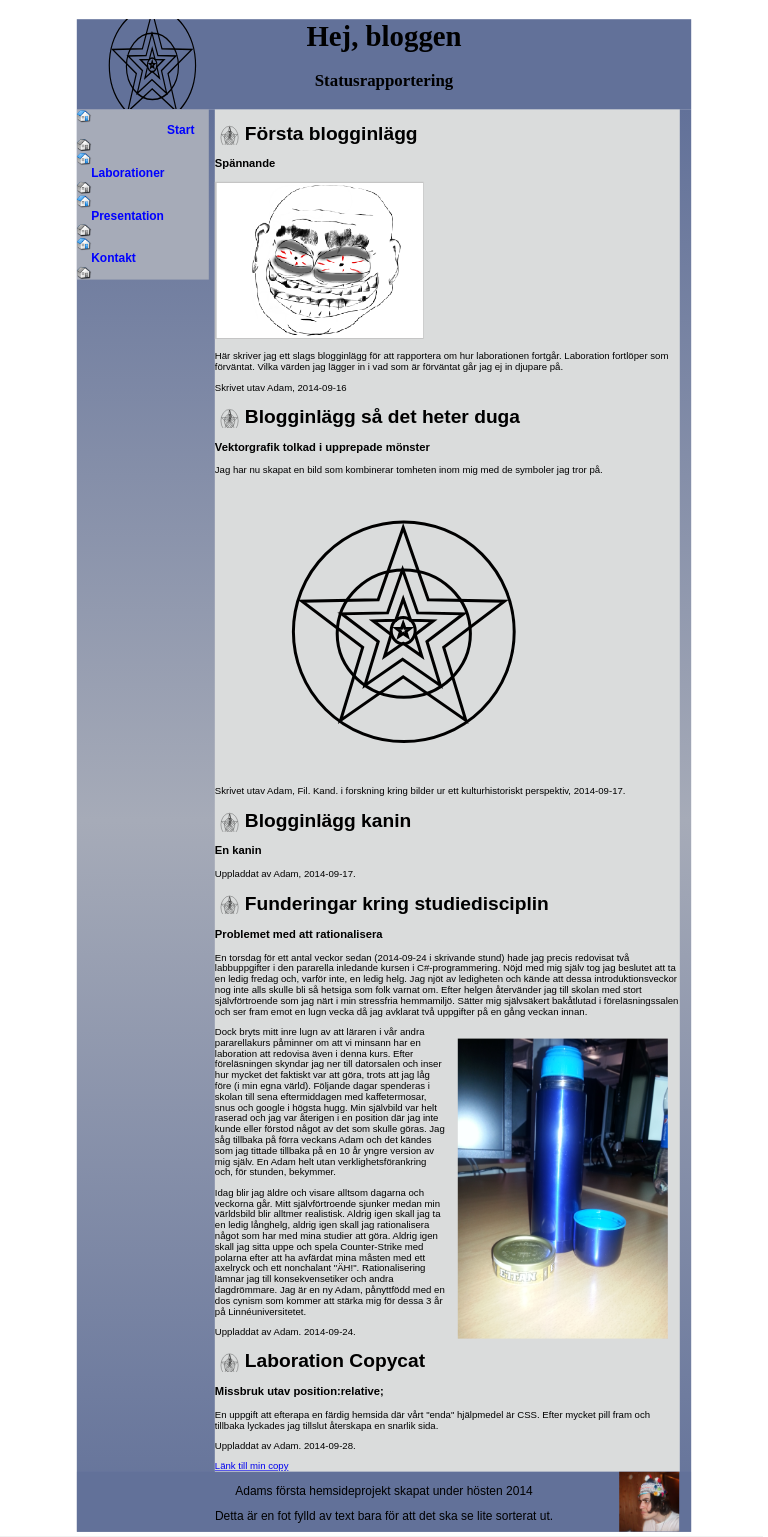
Repository: ao222qc/1IK415_ao222qc_copycat
Page: index.html
The author's editor kept a record of every edit. The page is drawn from the files as they stood at one moment, then again after the next edit.
The browser window is 1280 px wide. The pictures show the whole page, at 60% of full size.

Above is the page before.

After the next edit:
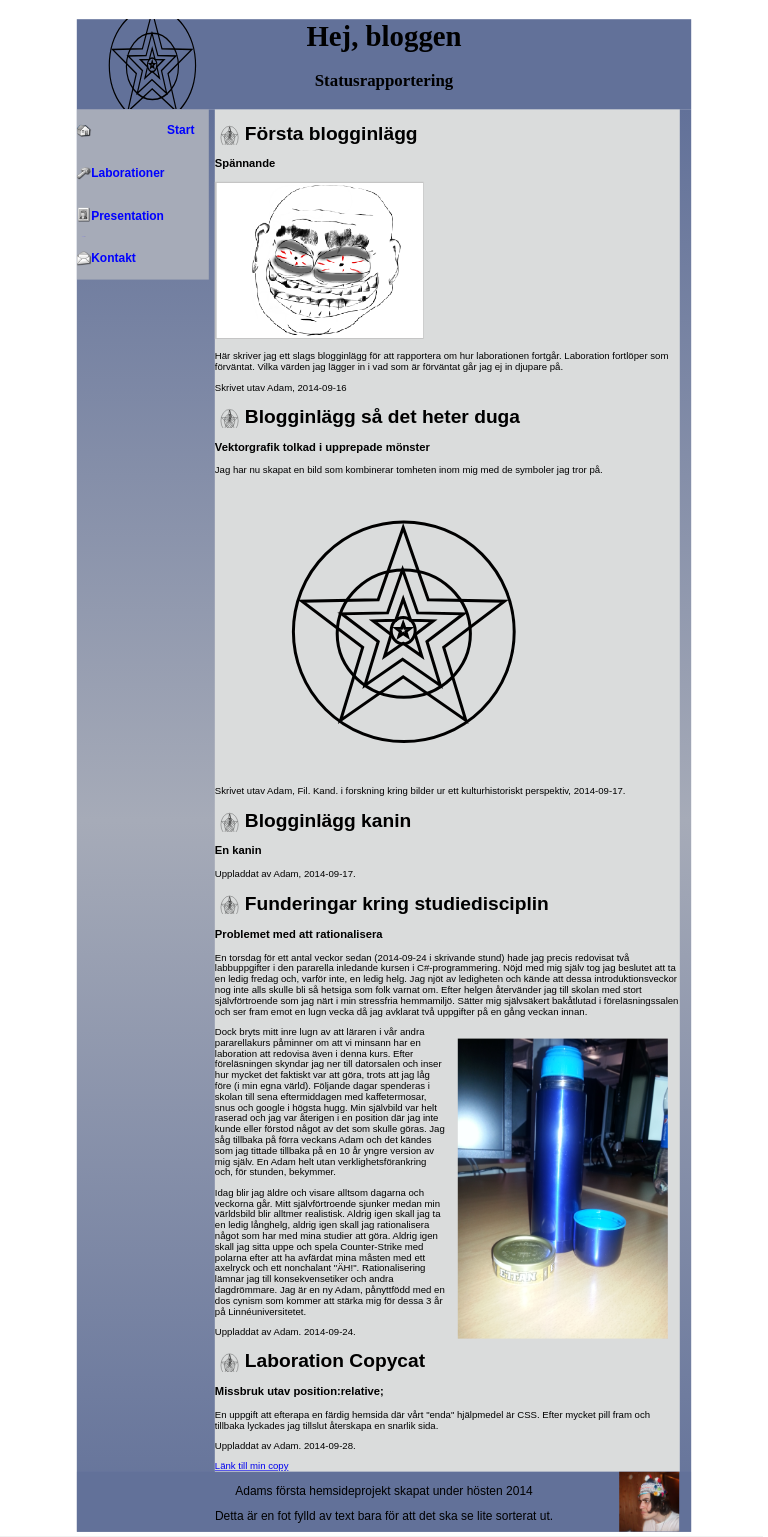
The edit:
--- a/index.html
+++ b/index.html
@@ -14,10 +14,10 @@
     <div id="background">
     <div id="navigation">
     <ul>
-        <li class="active"><a href="index.html">Start</a></li>
-        <li><a href="pages/laborationer.html">Laborationer</a></li>
-        <li><a href="pages/presentation.html">Presentation</a></li>
-        <li><a href="pages/kontakt.html">Kontakt</a></li>
+        <li class="active"><a class="index" href="index.html">Start</a></li>
+        <li><a class="laborationer" href="pages/laborationer.html">Laborationer</a></li>
+        <li><a class="presentation" href="pages/presentation.html">Presentation</a></li>
+        <li><a class="kontakt" href="pages/kontakt.html">Kontakt</a></li>
     </ul>
 
     </div>
